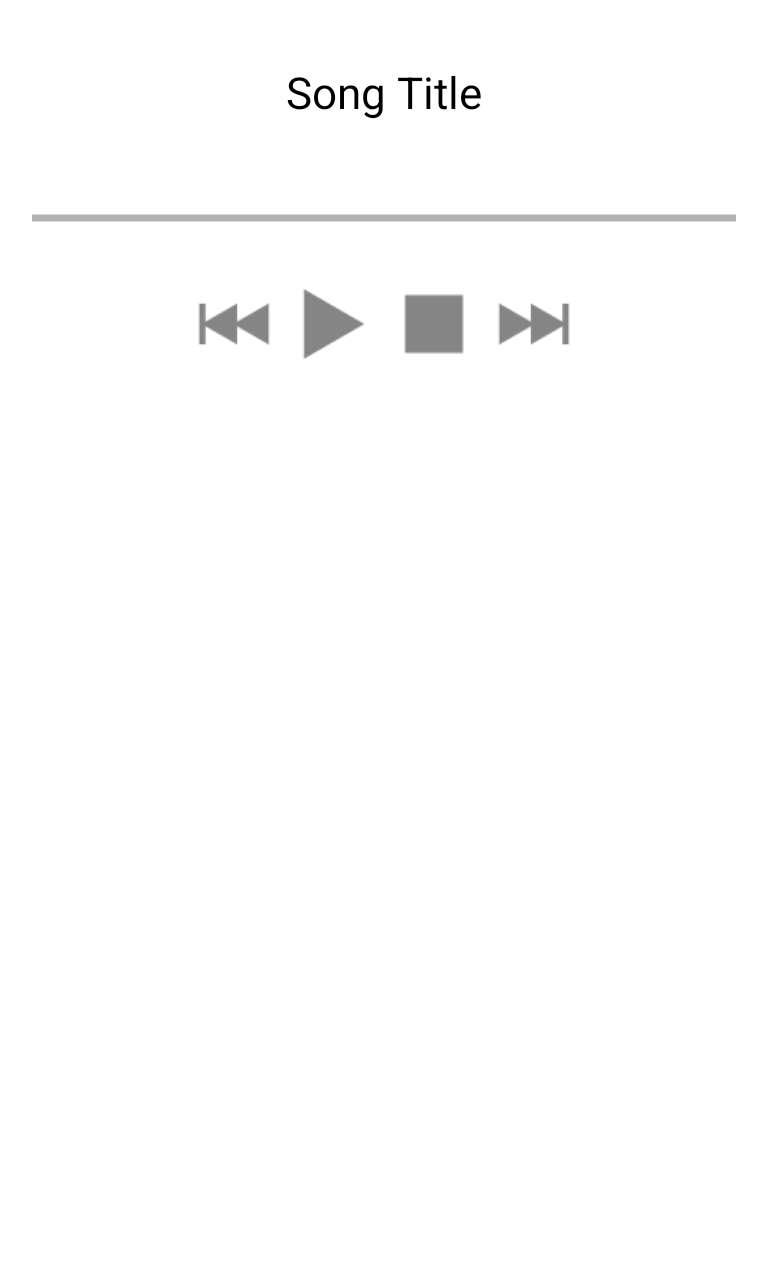
Repository: laurenelder/MDF3
Layout: MiniMediaPlayer/res/layout/activity_main.xml
These files come from the project's save history. The layout is drawn as it stood at one moment and after the next save; the edit follows.
It is drawn on a 768 x 1280 px phone screen (xhdpi) without system bars, with theme AppTheme; the app's code is not run.

Above is the layout before, as saved 2014-09-05 17:08:51.

After the next save:
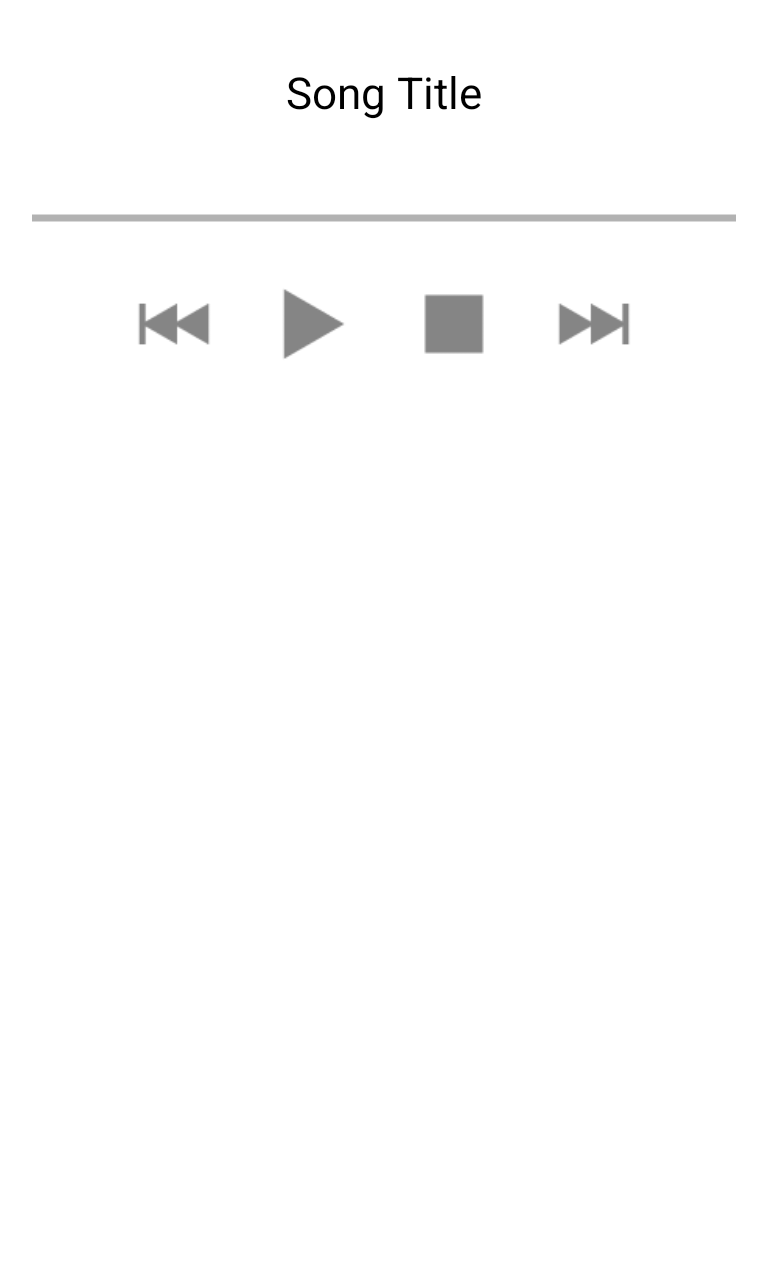
Saved 68 s later.
--- a/MiniMediaPlayer/res/layout/activity_main.xml
+++ b/MiniMediaPlayer/res/layout/activity_main.xml
@@ -36,24 +36,32 @@
             android:id="@+id/previousBtn"
             android:layout_width="50dp"
             android:layout_height="50dp"
+            android:layout_marginLeft="10dp"
+            android:layout_marginRight="10dp"
             android:background="@drawable/ic_action_previous" />
 
         <Button
             android:id="@+id/playBtn"
             android:layout_width="50dp"
             android:layout_height="50dp"
+            android:layout_marginLeft="10dp"
+            android:layout_marginRight="10dp"
             android:background="@drawable/ic_action_play" />
 
         <Button
             android:id="@+id/stopBtn"
             android:layout_width="50dp"
             android:layout_height="50dp"
+            android:layout_marginLeft="10dp"
+            android:layout_marginRight="10dp"
             android:background="@drawable/ic_action_stop" />
 
         <Button
             android:id="@+id/nextBtn"
             android:layout_width="50dp"
             android:layout_height="50dp"
+            android:layout_marginLeft="10dp"
+            android:layout_marginRight="10dp"
             android:background="@drawable/ic_action_next" />
 
     </LinearLayout>
